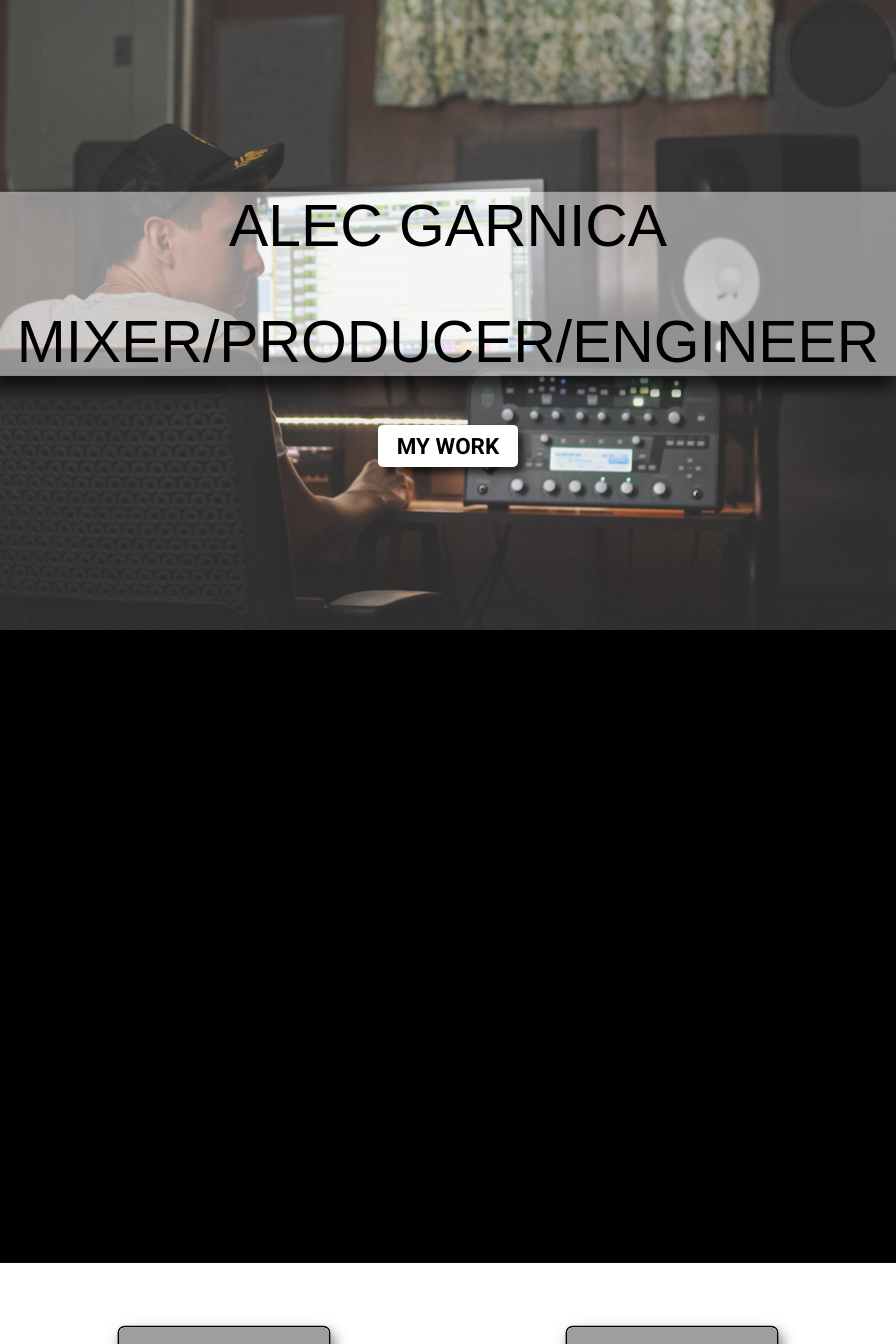
Repository: Aworminator/mixing-portfolio
Page: index.html
These files come from the project's save history. The page is drawn as it stood at one moment and after the next save; the edit follows.
The browser window is 1280 px wide. The pictures show the part of the page from y = 0 to 1920 px (the page is 3856 px tall), at 70% of full size.
Pictures or frames that could not be fetched are drawn as grey boxes. Some web fonts or font styles are not loaded; a fallback is used.

Above is the page before, as saved 2025-08-22 16:23:06.

### index.html
<!DOCTYPE html>
<html lang="en">
  <head>
    <meta charset="UTF-8" />
    <meta name="viewport" content="width=device-width, initial-scale=1.0" />
    <title>Document</title>
    <link rel="preconnect" href="https://fonts.googleapis.com" />
    <link rel="preconnect" href="https://fonts.gstatic.com" crossorigin />
    <link
      href="https://fonts.googleapis.com/css2?family=Gothic+A1:wght@100;200;300;400;500;600;700;800;900&family=Rock+Salt&family=Nunito:ital,wght@0,200..1000;1,200..1000&family=Montserrat:ital,wght@0,100..900;1,100..900&family=Caveat:wght@400..700&display=swap"
      rel="stylesheet"
    />
    <link
      href="https://fonts.googleapis.com/css2?family=Roboto:ital,wght@0,100..900;1,100..900&display=swap"
      rel="stylesheet"
    />
    <link rel="stylesheet" href="styles.css" />
    <link
      rel="stylesheet"
      href="https://cdnjs.cloudflare.com/ajax/libs/font-awesome/6.0.0/css/all.min.css"
      integrity="sha512-9usAa10IRO0HhonpyAIVpjrylPvoDwiPUiKdWk5t3PyolY1cOd4DSE0Ga+ri4AuTroPR5aQvXU9xC6qOPnzFeg=="
      crossorigin="anonymous"
      referrerpolicy="no-referrer"
    />
  </head>
  <body>
    <section class="home-page">
      <img
        src="./images/backShot.JPG"
        class="main-pic"
        alt="alecgarnica.com photo"
      />
      <div class="header">
        <h1 class="gothic-a1-regular">ALEC GARNICA</h1>
        <h2 class="gothic-a1-regular">MIXER/PRODUCER/ENGINEER</h2>
      </div>
      <h2 class="work-button">MY WORK</h2>
    </section>
    <section class="about-me">
      <div class="about-info">
        <h1>About Me</h1>
      </div>
    </section>
    <section class="audio-examples">
      <div class="group">
        <div id="input"></div>
      </div>
    </section>

    <script src="script.js"></script>
  </body>
</html>

### styles.css
body,
html {
  margin: 0;
  padding: 0;
}

.rock-salt-regular {
  font-family: "Rock Salt", cursive;
  font-weight: 400;
  font-style: normal;
}

.gothic-a1-regular {
  font-family: "Gothic A1", sans-serif;
  font-weight: 500;
  font-style: normal;
}

p {
  font-family: "Nunito", sans-serif;
  font-optical-sizing: auto;
  font-weight: 900;
  font-style: normal;
}

h1,
h2,
h3 {
  font-family: "Montserrat", sans-serif;
  font-optical-sizing: auto;
  font-weight: <weight>;
  font-style: normal;
}

h3 {
  opacity: 80%;
}

.main-pic {
  width: 100%;
  margin: 0 auto;
  object-fit: cover;
  height: 900px;
  z-index: -1;
  opacity: 90%;
}

.home-page {
  height: 900px;
}

.about-me {
  height: 900px;
  background-color: rgb(0, 0, 0);
  border: 2px solid black;
  margin: 0 auto;

}

.header {
  position: relative;
  bottom: 700px;
  z-index: 1;
  font-size: 3.5em;
  text-align: center;
  background-color: rgba(255, 255, 255, 0.467);
  box-shadow: -8px 14px 20px 4px rgb(0 0 0 / 69%);
}

.work-button {
  position: relative;
  bottom: 700px;
  display: flex;
  justify-content: center;
  align-items: center;
  text-align: center;
  font-size: 2em;
  background-color: rgb(255, 255, 255);
  width: 200px;
  height: 60px;
  border-radius: 7px;
  margin: 0 auto;
  box-shadow: 8px 9px 10px rgb(0 0 0 / 65%);
  font-family: "Roboto", sans-serif;
  font-optical-sizing: auto;
  font-weight: <weight>;
  font-style: normal;
  font-variation-settings: "wdth" 100;
}

.work-button:hover {
  transform: scale(1.1);
}

.work-button:active {
  transform: scale(0.9);
}

.card {
  height: 500px;
  width: 300px;
  border: 2px solid black;
  background-color: rgb(255, 255, 255);
  background: url("https://www.patternpictures.com/wp-content/uploads/Crumpled-white-paper-texture-background.jpg");
  background-color: rgba(255, 255, 255, 0.775);
  background-blend-mode: lighten;
  box-shadow: 5px 10px 20px 0 rgba(0, 0, 0, 0.535);
  border-radius: 10px;
  margin: 90px;
  display: flex;
  flex-direction: column;
  justify-content: flex-start;
  align-items: center;
  flex-wrap: wrap;
  z-index: 1;
}

h1 {
  text-align: center;
}

h4 {
  font-family: "Caveat";
  font-optical-sizing: auto;
  font-weight: <weight>;
  font-style: normal;
  text-shadow: 2px 5px 6px rgba(0, 0, 0, 0.18);
}

#input {
  display: flex;
  justify-content: center;
  flex-direction: column;
  flex-wrap: wrap;
}

.audio-examples {
  display: flex;
  flex-direction: column;
  justify-content: flex-start;
}

.album-artwork {
  height: 300px;
  width: 300px;
  border-radius: 10px 10px 0 0;
  position: relative;
}

.card-info {
  display: flex;
  flex-direction: row;
  justify-content: space-around;
  width: 200px;
  margin-top: 10px;
  margin-bottom: 0;
  position: relative;
}

.band-info {
  border-radius: 10px;
  padding: 5px 10px;
  height: 100px;
  width: 200px;
  display: flex;
  flex-direction: column;
  align-items: flex-start;
  font-size: 0.9em;
  text-align: left;
}

.album-title {
  position: relative;
  bottom: 15px;
}

.link {
  text-decoration: none;
  color: black;
}

.link:hover {
  text-decoration: underline;
  transform: scale(1.05);
}

@keyframes move-words {
  0% {
    left: 100%;
  }
  100% {
    left: -100%;
  }
}

.fa-pause,
.fa-play {
  font-size: 2em;
  position: relative;
  right: 12px;
}

.fa-play:active {
  font-size: 2em;
  position: relative;
  transform: scale(0.8);
}

.player {
  display: flex;
  flex-direction: row;
  align-items: center;
  justify-content: center;
  padding: 10px 0 0 0;
  margin-bottom: 25px;
}

.progress-bar {
  background-color: white;
  border-radius: 40px;
  color: black;
  width: 150px;
  height: 12px;
  border: 1px solid rgb(221, 144, 99);
}

.progress {
  background-color: rgb(244, 164, 117);
  border-radius: 40px;
  height: 100%;
  width: 0%;
}

@media screen and (min-width: 768px) {
  #input {
    display: flex;
    flex-direction: row;
    justify-content: space-around;
  }

  body {
    /* width: 100%;
    transform: scale(0.9); */
  }
}

### script.js
let songs = [
  {
    albumArt:
      "https://facedownrecords.com/wp-content/uploads/2023/09/FCD195-3000.jpg",
    artist: "American Arson",
    song: "The Heat |: Run",
    name: "Run - American Arson.wav",
    artistLink:
      "https://open.spotify.com/artist/7cl9j0U54gBxbcGO7zXXs2?si=Y8YFn_WdRy2WaXkD7kTK9A",
    songLink:
      "https://open.spotify.com/track/4LscxvJWC9iHOBJmns7oVh?si=cf5a5d8cefe242de",
  },
  {
    albumArt:
      "https://i.scdn.co/image/ab67616d0000b27369a57afe6b668fe34d4e9914",
    artist: "Philip Bowen",
    song: "Better Way",
    name: "Fireflies - Camino Kid.wav",
    artistLink:
      "https://open.spotify.com/artist/3Mm4P393IFVqIQDmL691G9?si=A1uk_0hjSPOLajqtXdFjjQ",
    songLink:
      "https://open.spotify.com/track/2iAruT7aaz0of7HgP6AXJ5?si=48f3d1c8590f4527",
  },
  {
    albumArt:
      "https://i.scdn.co/image/ab67616d00001e02c0d49229ee1521c01ba40c3e",
    artist: "Chery Blossom Club",
    song: "Astray",
    name: "All Is Well - Jared Withrow.wav",
    artistLink:
      "https://open.spotify.com/artist/7LDoytlH8MNe9zu2VIu5uB?si=W9AvoN22T46V6yPUWuvBdA",
    songLink:
      "https://open.spotify.com/track/77lonoP2aKYjy99jGNJf3r?si=8c8acfcdc6ff47a3",
  },
  {
    albumArt:
      "https://i.scdn.co/image/ab67616d00001e02066f1a88ce4c1492f016dc33",
    artist: "Jared Withrow",
    song: "All Is Well",
    name: "All Is Well - Jared Withrow.wav",
    artistLink:
      "https://open.spotify.com/artist/5HWM1z6NnHcvOnUeLcCAKn?si=47omOcpARfSCEVpzm1sS9w",
    songLink:
      "https://open.spotify.com/track/60aH38LMrZZam1xIewtDBR?si=670e49b3f44149bb",
  },
  {
    albumArt: "./images/albums/caminoKid.jpg",
    artist: "Camino Kid",
    song: "Fireflies(Cover)",
    name: "Fireflies - Camino Kid.wav",
    artistLink:
      "https://open.spotify.com/artist/5Dm6l5ypjnBRX4r3o2vzkZ?si=yQY43V2TQ06EWhuZaBigIg",
    songLink:
      "https://open.spotify.com/track/2ckxbqWp45dph2w9lZHEuz?si=ac1ee9025897455e",
  },
  {
    albumArt:
      "https://www.shazam.com/mkimage/image/thumb/Music122/v4/09/7e/41/097e41aa-4970-2849-a3a6-7e0279f900af/artwork.jpg/375x375bb.webp",
    artist: "The Scally Brothers",
    song: "Lion and the Lamb",
    name: "Fireflies - Camino Kid.wav",
    artistLink:
      "https://open.spotify.com/artist/1zxZJBr1JIL8X4zDvpkFos?si=ZAqeO_ZFRFWOyXo424s7Ng",
    songLink:
      "https://open.spotify.com/track/74FoVUSj3mCoDl6XZTojDW?si=b75b83345caf4865",
  },
];

let input = document.querySelector("#input");

function updateProgress(e, songName) {
  let { currentTime, duration } = e.srcElement;
  const progressPercentage = (currentTime / duration) * 100;
  document.getElementById(
    `progress-${songName}`
  ).style.width = `${progressPercentage}%`;

  const playBtn = document.getElementById(`playBtn-${songName}`);
  if (currentTime === duration) {
    playBtn.classList.add("fa-play");
    playBtn.classList.remove("fa-pause");
  } else {
    playBtn.classList.add("fa-pause");
    playBtn.classList.remove("fa-play");
  }
}

function setProgress(e, songName) {
  const width = e.currentTarget.clientWidth;
  const clickX = e.offsetX;
  const audio = document.getElementById(`audio-${songName}`);
  const duration = audio.duration;

  audio.currentTime = (clickX / width) * duration;
}

function playAudio(songName) {
  const audio = document.getElementById(`audio-${songName}`);
  audio.play();
}

function pauseAudio(songName) {
  const audio = document.getElementById(`audio-${songName}`);
  audio.pause();
}

songs.forEach((song) => {
  const card = document.createElement("div");
  card.classList.add("card");
  card.innerHTML = `
    <img class="album-artwork" src="${song.albumArt}" alt="">
    <div class="mp3">
      <div class="band-info">
        <a href="${song.songLink}" class="link"><h1 class="band-name">${song.song}</h1></a>
        <a href="${song.artistLink}" class="link"><h3 class="album-title">${song.artist}</h3></a>
      </div>
      <div class="player">
        <i class="fa-solid fa-play" id="playBtn-${song.name}" onclick="toggleAudio('${song.name}')"></i>
        <audio preload="metadata" id="audio-${song.name}" src="./audio/${song.name}"></audio>
        <div class="progress-bar" id="progress-bar-${song.name}">
          <div class="progress" id="progress-${song.name}"></div>
        </div>
      </div>
    </div>
  `;
  input.appendChild(card);

  const audio = document.getElementById(`audio-${song.name}`);
  const progressBar = document.getElementById(`progress-bar-${song.name}`);

  audio.addEventListener("timeupdate", (e) => updateProgress(e, song.name));
  progressBar.addEventListener("click", (e) => setProgress(e, song.name));
});

function toggleAudio(songName) {
  const audio = document.getElementById(`audio-${songName}`);
  const playBtn = document.getElementById(`playBtn-${songName}`);

  if (audio.paused || audio.ended) {
    playAudio(songName);
    playBtn.classList.remove("fa-play");
    playBtn.classList.add("fa-pause");
  } else {
    pauseAudio(songName);
    playBtn.classList.remove("fa-pause");
    playBtn.classList.add("fa-play");
  }

  audio.onpause = () => {
    playBtn.classList.remove("fa-pause");
    playBtn.classList.add("fa-play");
  };
  audio.onplay = () => {
    playBtn.classList.remove("fa-play");
    playBtn.classList.add("fa-pause");
  };
}

After the next save:
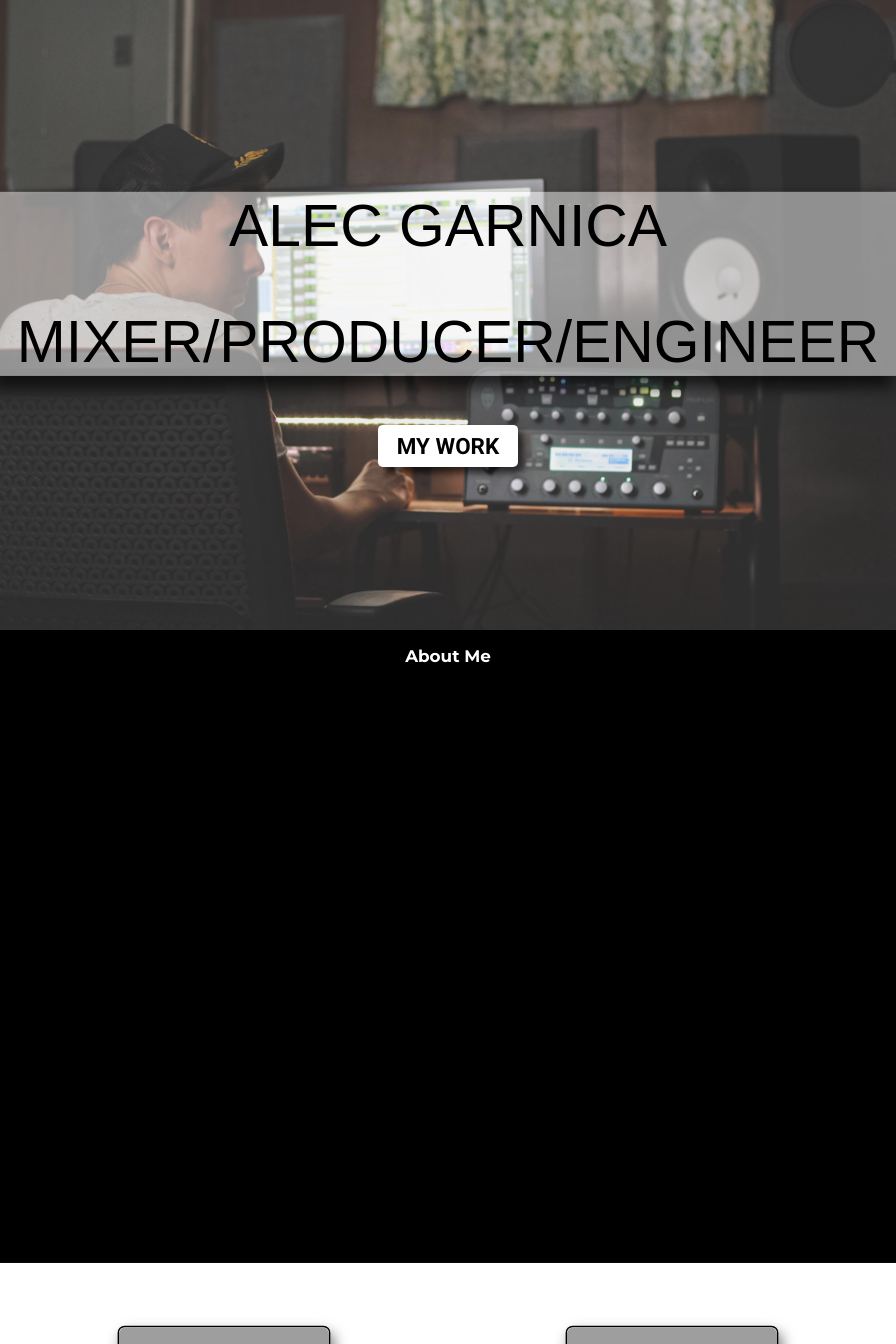
Saved 17 s later.
--- a/styles.css
+++ b/styles.css
@@ -55,6 +55,10 @@
   border: 2px solid black;
   margin: 0 auto;
 
+}
+
+.about-info {
+  color: white;
 }
 
 .header {
